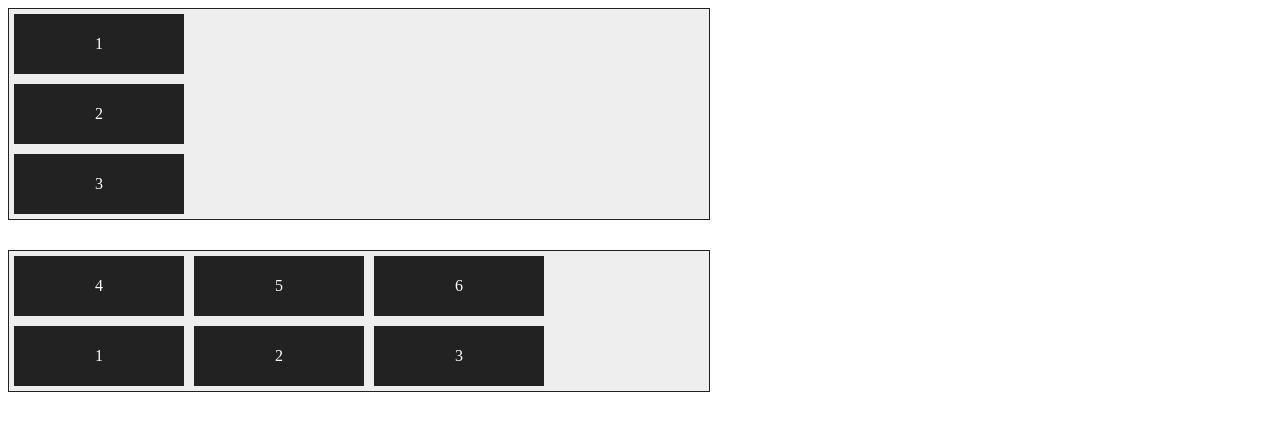
Repository: pvntlc/D-IT-Tech-Internship
Page: work_java/HTMLProject/src/main/webapp/DAY2/06.레이아웃구성2/3-08.flex1.html
These files come from the project's save history. The page is drawn as it stood at one moment and after the next save; the edit follows.
The browser window is 1280 px wide. The pictures show the whole page.

Above is the page before, as saved 2023-09-07 06:35:58.

### work_java/HTMLProject/src/main/webapp/DAY2/06.레이아웃구성2/3-08.flex1.html
<!DOCTYPE html>
<html lang="ko">
<head>
  <meta charset="UTF-8">
  <title>플렉스 박스 레이아웃</title>
  <meta name="viewport" content="width=device-width, initial-scale=1">
  <style>
	  @media screen and (max-width:500px){
		  body{
			  background-color: skyblue;
		  }
	  }
    .container {
      width:700px;
      display:flex; /* 플렉스 컨테이너 지정 */
      background-color:#eee;
      border:1px solid #222;
      margin-bottom:30px;
    }
    .box {
      padding:5px 45px;
      margin:5px;
	  	width:80px;
      background-color:#222;
    }
    #opt1{
      /* 왼쪽에서 오른쪽으로 */
      flex-direction:column;
      /* 오른쪽에서 왼쪽으로 */
      /* flex-direction: row-reverse;    */
      /* 위에서 아래로 */
      /* flex-direction: column;          */
      /* 아래에서 위로 */
      /* flex-direction: column-reverse;  */
    }
    #opt2{
      /* 한 줄에 표시 */
      /* flex-wrap: nowrap;            */
      /* 여러 줄에 표시 */
      /* flex-wrap: wrap;    */
      /* 시작점과 끝점 바꿔 여러 줄에 표시 */
      flex-wrap: wrap-reverse;
    }
    p {
      color:#fff;
      text-align: center;
    }
  </style>
</head>
<body>
  <div class="container" id="opt1">
    <div class="box"><p>1</p></div>
    <div class="box"><p>2</p></div>
    <div class="box"><p>3</p></div>
  </div>

  <div class="container" id="opt2">
    <div class="box"><p>1</p></div>
    <div class="box"><p>2</p></div>
    <div class="box"><p>3</p></div>
    <div class="box"><p>4</p></div>
    <div class="box"><p>5</p></div>
    <div class="box"><p>6</p></div>
  </div>
</body>
</html>

After the next save:
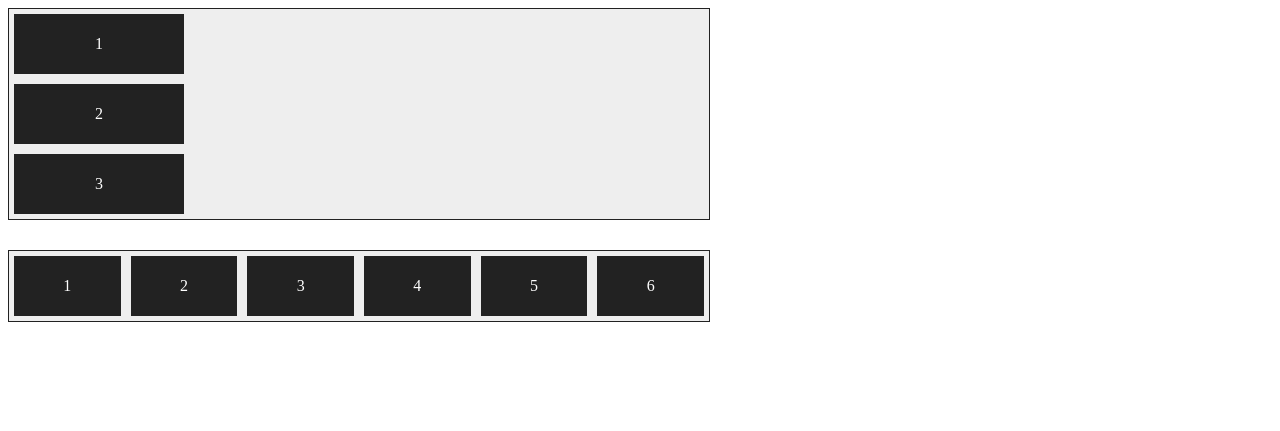
Saved 24 s later.
--- a/work_java/HTMLProject/src/main/webapp/DAY2/06.레이아웃구성2/3-08.flex1.html
+++ b/work_java/HTMLProject/src/main/webapp/DAY2/06.레이아웃구성2/3-08.flex1.html
@@ -39,7 +39,7 @@
       /* 여러 줄에 표시 */
       /* flex-wrap: wrap;    */
       /* 시작점과 끝점 바꿔 여러 줄에 표시 */
-      flex-wrap: wrap-reverse;
+      flex-wrap: nowrap-reverse;
     }
     p {
       color:#fff;

After the 2 saves that followed:
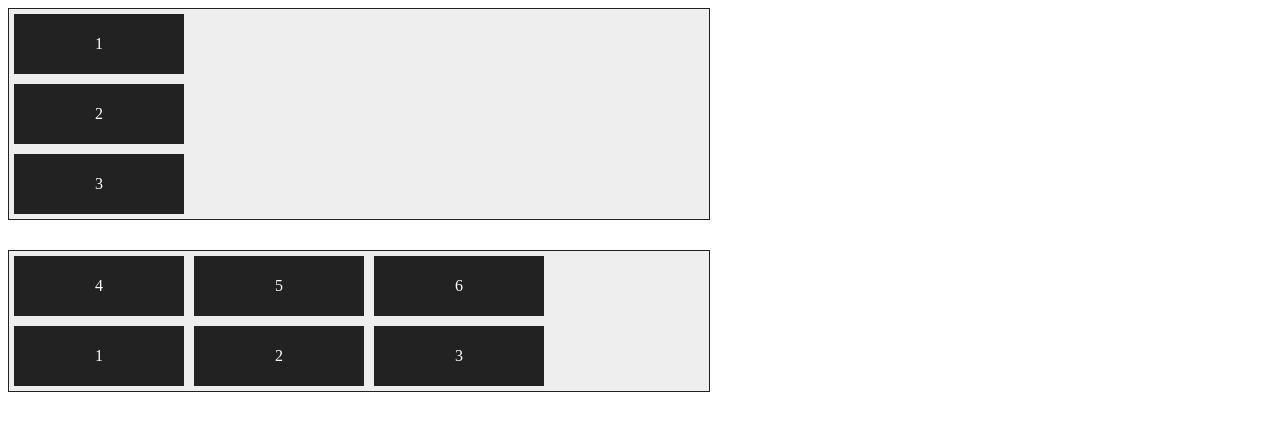
The 2 saves are shown as one change because 1 left the picture as it was.
The last was saved 16 s later.
--- a/work_java/HTMLProject/src/main/webapp/DAY2/06.레이아웃구성2/3-08.flex1.html
+++ b/work_java/HTMLProject/src/main/webapp/DAY2/06.레이아웃구성2/3-08.flex1.html
@@ -39,7 +39,7 @@
       /* 여러 줄에 표시 */
       /* flex-wrap: wrap;    */
       /* 시작점과 끝점 바꿔 여러 줄에 표시 */
-      flex-wrap: nowrap-reverse;
+      flex-wrap: wrap-reverse;
     }
     p {
       color:#fff;
